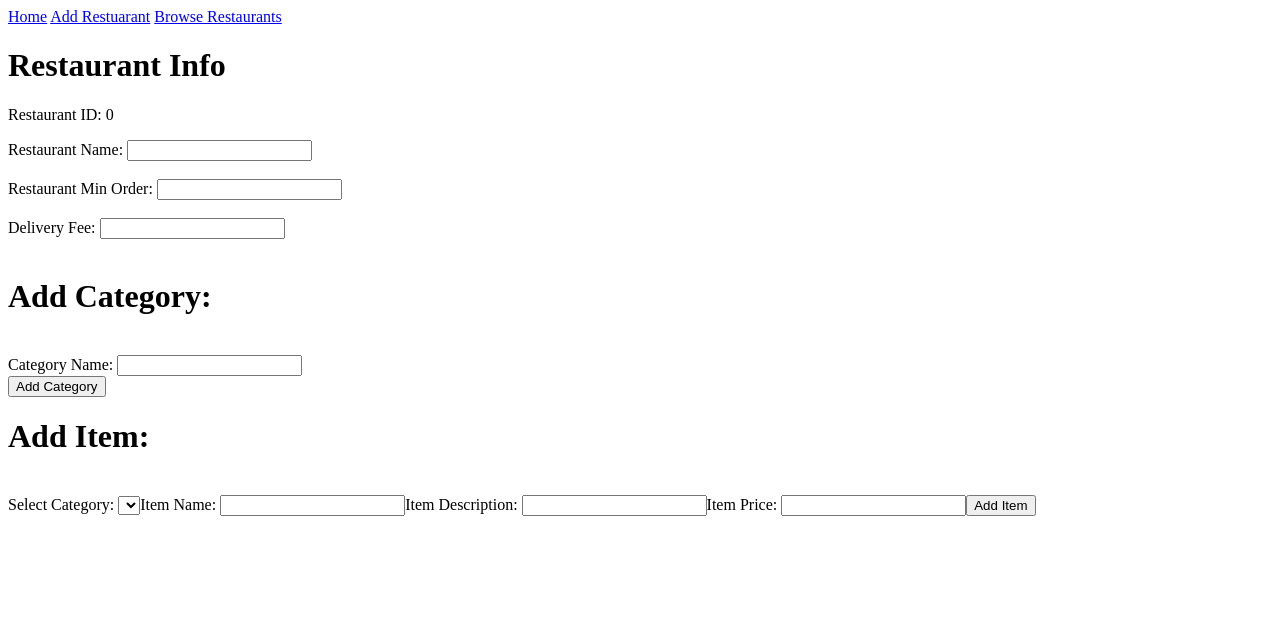
Repository: hudaali14/Carleton
Page: http://localhost/restaurants/0
The author's editor kept a copy of each file at every save. The page is drawn from the files as they stood at one save, then again after the next save.
The browser window is 1280 px wide. The pictures show the whole page.
The page is served by the project's Node server (server.js).

Above is the page before, as saved 2020-03-12 17:41:00.

After the next save:
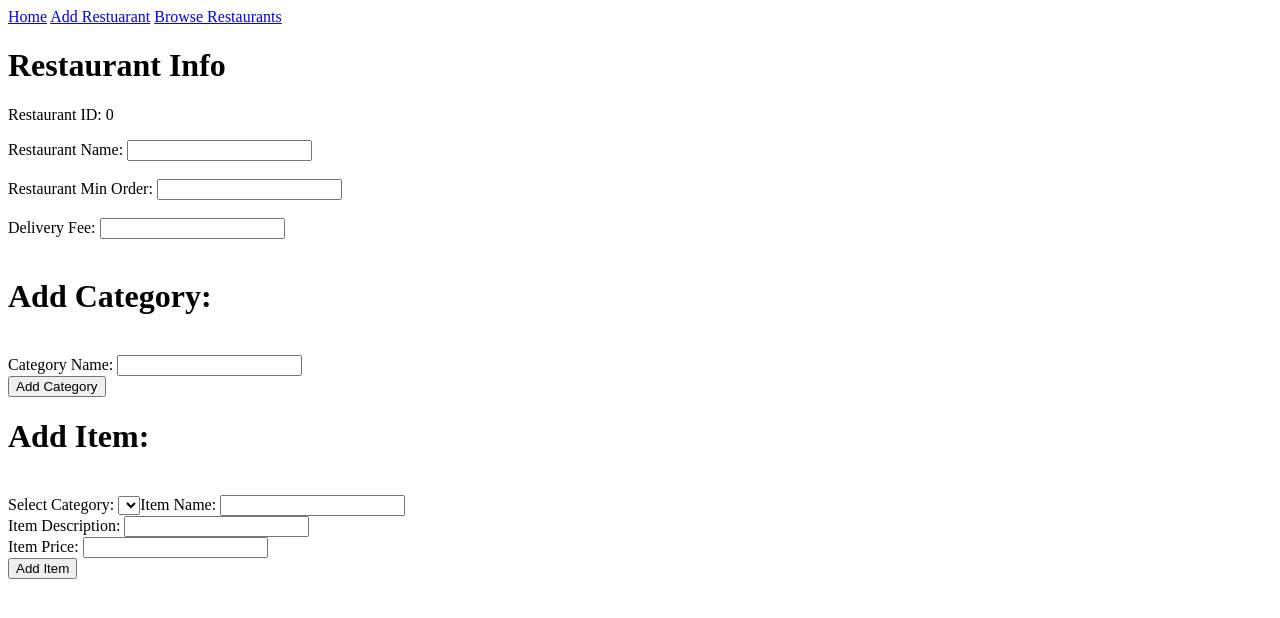
Saved 18 s later.
--- a/2406/Assignments/Assignment3 (100)/views/pages/restaurantpage.pug
+++ b/2406/Assignments/Assignment3 (100)/views/pages/restaurantpage.pug
@@ -35,13 +35,13 @@ body
 
     | Item Name:
     input(type= "text", id="restaurantnamepage")
-
+    br
     | Item Description:
     input(type= "text", id="restaurantname")
-
+    br
     | Item Price:
     input(type= "text", id="restaurantname")
-
+    br
     button(type="button", id="additembutton") Add Item
     br
     br
